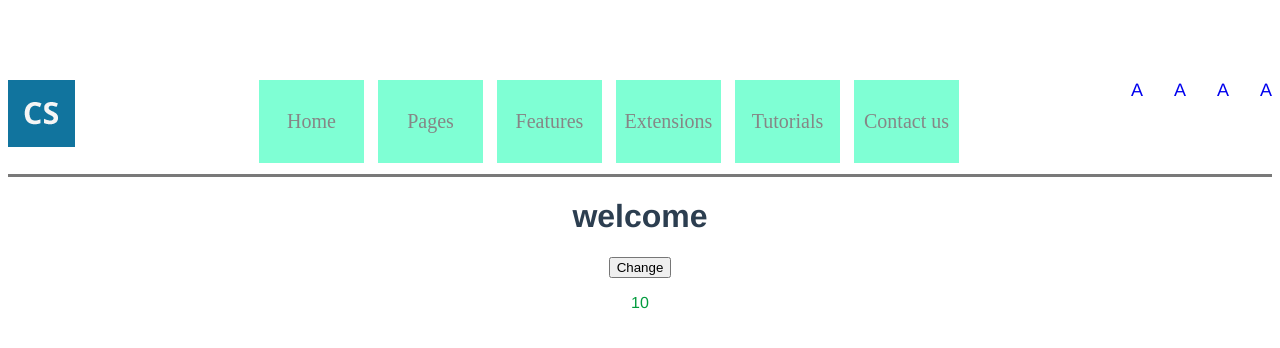
Repository: joker506/Creatives
Page: /
These files come from the project's save history. The page is drawn as it stood at one moment and after the next save; the edit follows.
The browser window is 1280 px wide. The pictures show the whole page.
The project was rebuilt for these pictures with package versions that can differ from the ones it lists, and the page was loaded fresh each time.

Above is the page before, as saved 2020-03-29 17:55:28.

After the next save:
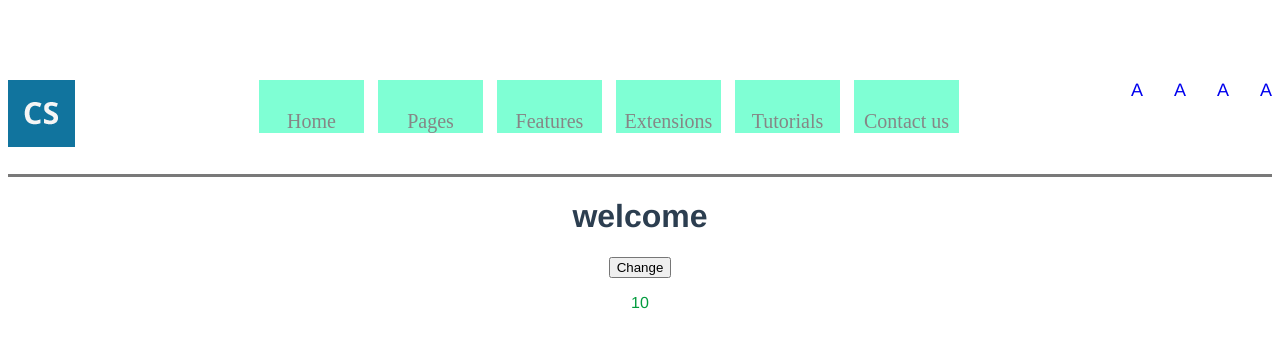
Saved 9 s later.
--- a/src/components/HeaderApp.vue
+++ b/src/components/HeaderApp.vue
@@ -95,7 +95,7 @@
 }
 .item{
     width: 105px;
-    height: 83px;
+    height: 53px;
     list-style: none;
     font-family: "Myriad Pro";
     font-size: 20px;

After the save that followed:
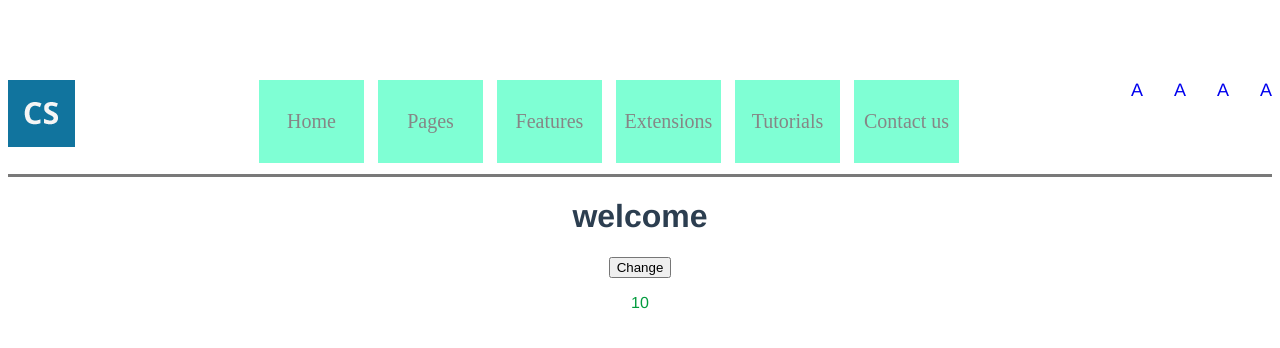
Saved 27 s later.
--- a/src/components/HeaderApp.vue
+++ b/src/components/HeaderApp.vue
@@ -95,7 +95,7 @@
 }
 .item{
     width: 105px;
-    height: 53px;
+    height: 83px;
     list-style: none;
     font-family: "Myriad Pro";
     font-size: 20px;
@@ -108,6 +108,7 @@
     &>a{
         display: block;
         margin-top: 30px;
+        height: 50px;
         text-decoration: none;
         color: #868686;
     &:hover{
